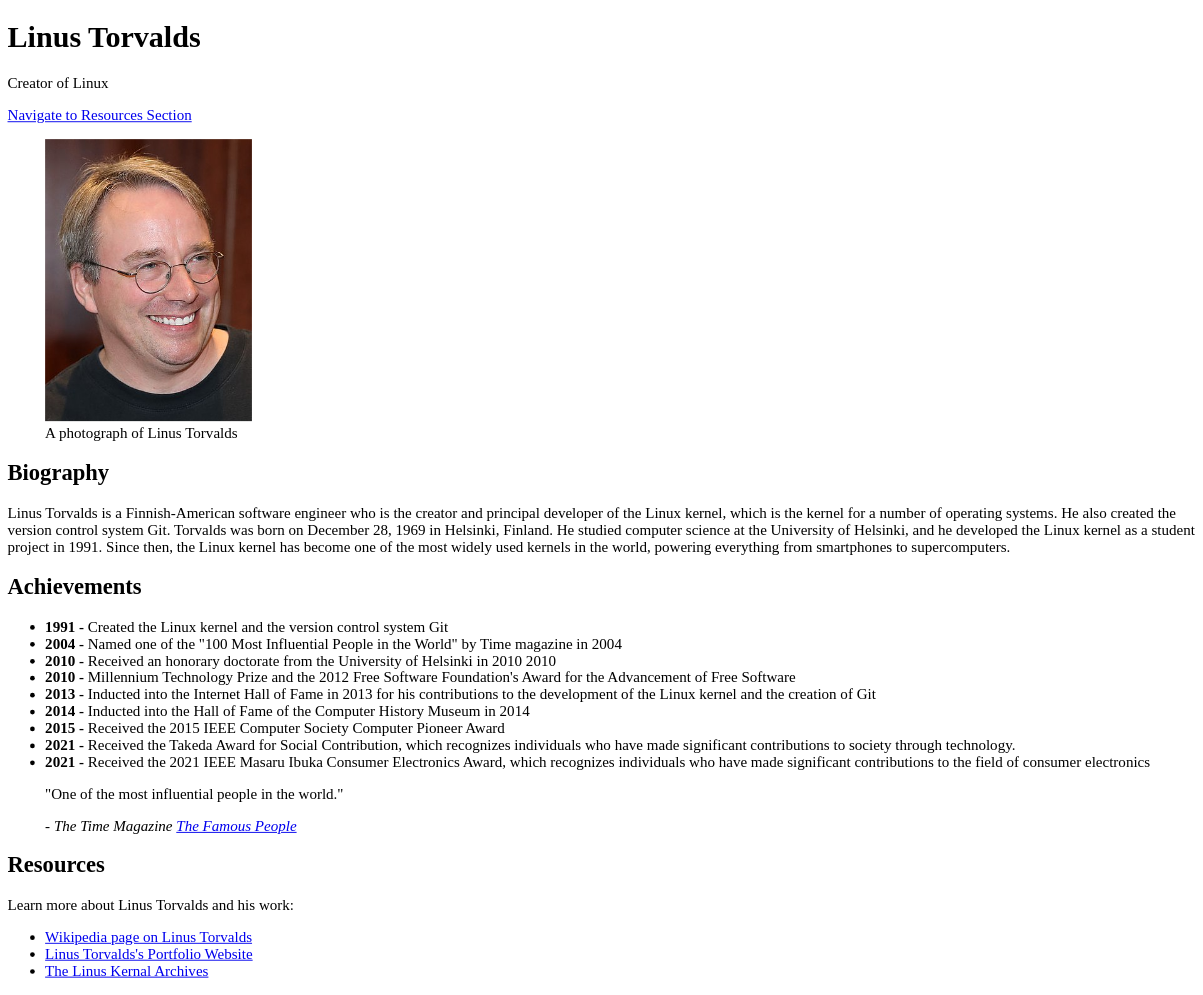
Repository: shoaib-1729/Web-Dev-Course_Dot-Batch_Love-Babbar
Page: 02_HTML Session Basics-to-Pro Level/03_HTML-Basics-Session-III/03_Code-Practice-Session-3/02_linusTorvaldsPortfolio.html
An editor plug-in stored every save of this project. The page is shown before and after the next save, followed by the edit.
The browser window is 1280 px wide. The pictures show the whole page, at 94% of full size.

Above is the page before, as saved 2023-07-30 14:25:45.

After the next save:
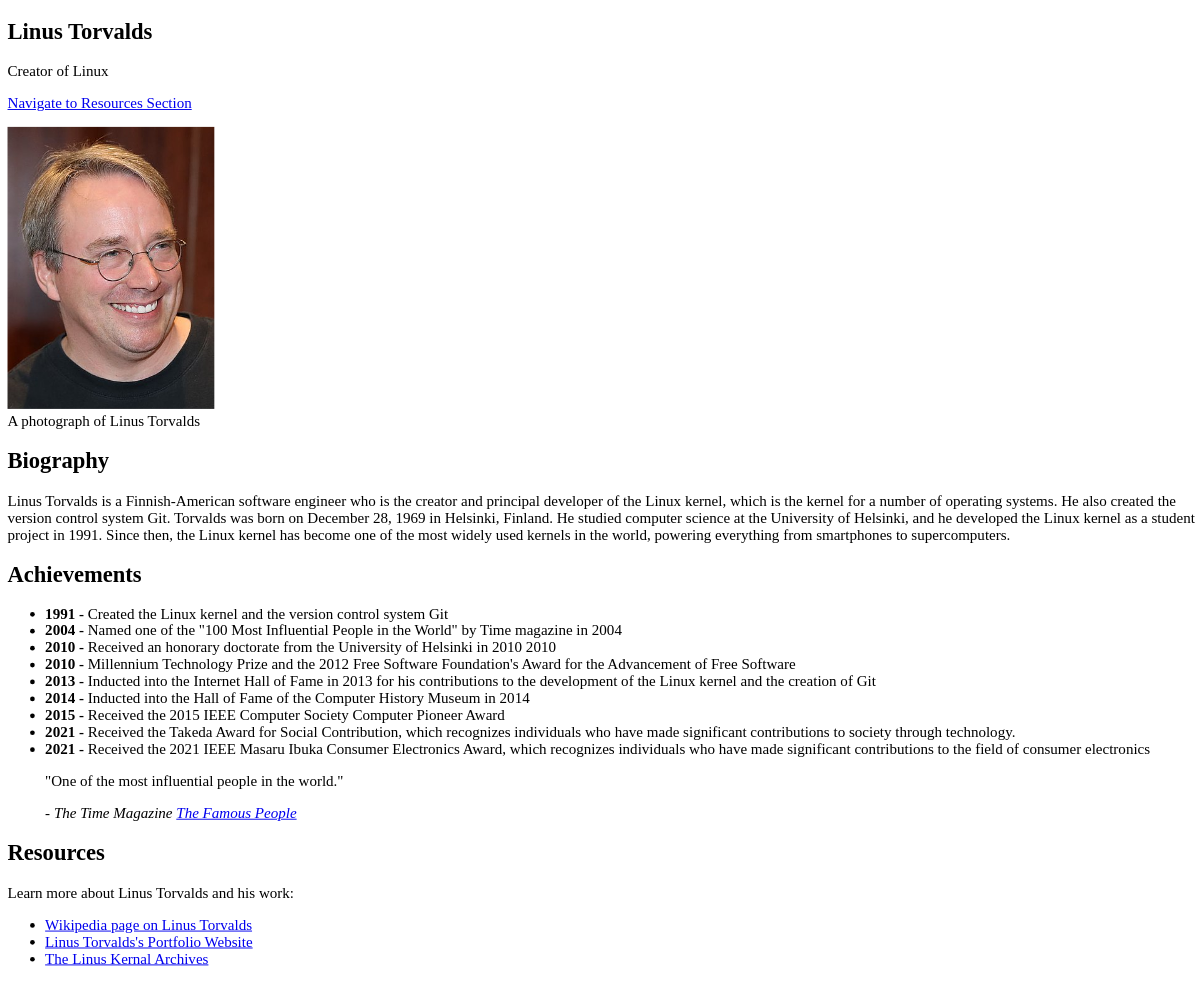
Saved 18 s later.
--- a/02_HTML Session Basics-to-Pro Level/03_HTML-Basics-Session-III/03_Code-Practice-Session-3/02_linusTorvaldsPortfolio.html
+++ b/02_HTML Session Basics-to-Pro Level/03_HTML-Basics-Session-III/03_Code-Practice-Session-3/02_linusTorvaldsPortfolio.html
@@ -17,16 +17,18 @@
 </style>
 
 <body>
-    <!-- Intro Image Section -->
-    <h1>Linus Torvalds</h1>
-    <p>Creator of Linux</p>
-    <a href="#resources-section">Navigate to Resources Section</a>
 
-    <!-- Tag for providing image with Caption (refer MDN)-->
-    <figure>
+    <section>
+        <!-- Intro Image Section -->
+        <h1>Linus Torvalds</h1>
+        <p>Creator of Linux</p>
+        <a href="#resources-section">Navigate to Resources Section</a>
 
-        <img src="images/Linus-Torvalds.jpeg" alt="Linus-Torvalds-Image" height="300px">
-        <figcaption>A photograph of Linus Torvalds</figcaption>
+        <!-- Tag for providing image with Caption (refer MDN)-->
+        <figure>
+    </section>
+    <img src="images/Linus-Torvalds.jpeg" alt="Linus-Torvalds-Image" height="300px">
+    <figcaption>A photograph of Linus Torvalds</figcaption>
 
     </figure>
 
